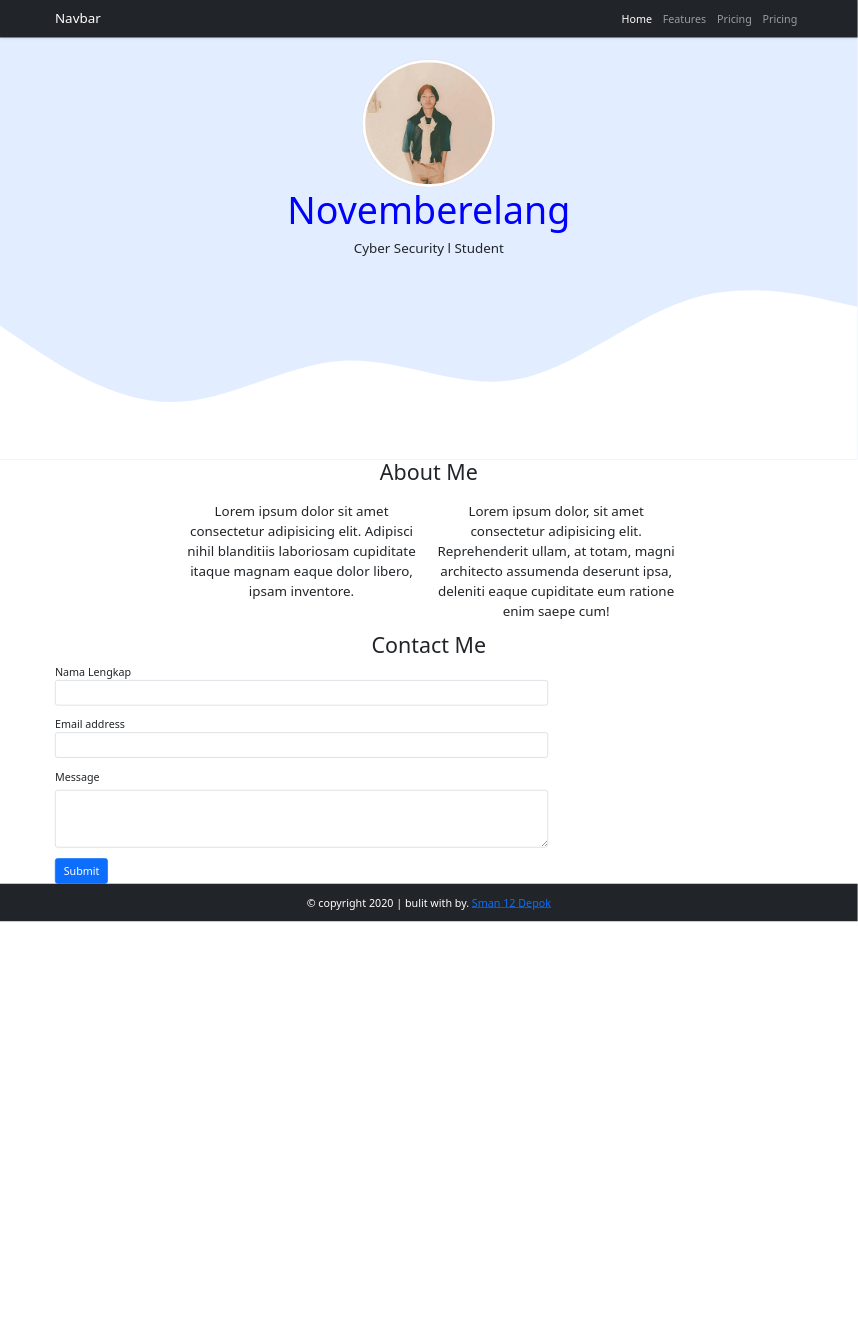
Repository: Novemberdad/gemilangtech.github.io
Page: index.html
The author's editor kept a copy of each file at every save. The page is drawn from the files as they stood at one save, then again after the next save.
The browser window is 1280 px wide. The pictures show the whole page, at 67% of full size.

Above is the page before, as saved 2021-07-21 00:30:22.

### index.html
<!DOCTYPE html>
<html lang="en">

<head>
    <!-- Required meta tags -->
    <meta charset="utf-8" />
    <meta name="viewport" content="width=device-width, initial-scale=1" />

    <!-- Bootstrap CSS -->
    <link href="https://cdn.jsdelivr.net/npm/bootstrap@5.0.2/dist/css/bootstrap.min.css" rel="stylesheet" integrity="sha384-EVSTQN3/azprG1Anm3QDgpJLIm9Nao0Yz1ztcQTwFspd3yD65VohhpuuCOmLASjC" crossorigin="anonymous" />

    <!--My CSS-->
    <link rel="stylesheet" href="style.css" />
    <title>My Portofoliio</title>
    <style>
        h1 {
            text-align: center;
            color: blue;
        }
    </style>
</head>

<body>
    <!--NAVBAR-->
    <nav class="navbar navbar-expand-lg navbar-dark bg-dark shadow-sm">
        <div class="container">
            <a class="navbar-brand" href="#">Navbar</a>
            <button class="navbar-toggler" type="button" data-bs-toggle="collapse" data-bs-target="#navbarNav" aria-controls="navbarNav" aria-expanded="false" aria-label="Toggle navigation">
          <span class="navbar-toggler-icon"></span>
        </button>
            <div class="collapse navbar-collapse" id="navbarNav">
                <ul class="navbar-nav ms-auto">
                    <li class="nav-item">
                        <a class="nav-link active" aria-current="page" href="#">Home</a>
                    </li>
                    <li class="nav-item">
                        <a class="nav-link" href="#">Features</a>
                    </li>
                    <li class="nav-item">
                        <a class="nav-link" href="#">Pricing</a>
                    </li>
                    <li class="nav-item">
                        <a class="nav-link" href="#">Pricing</a>
                    </li>
                </ul>
            </div>
        </div>
    </nav>
    <!--AKHIR NAVBAR-->

    <!--jumbortron-->
    <section class="jumbotron text-center">
        <img src="image/logo.jpg" alt="logo" width="200" class="rounded-circle img-thumbnail" />
        <h1 class="display-4">Novemberelang</h1>
        <p class="lead">Cyber Security l Student</p>
        <svg xmlns="http://www.w3.org/2000/svg" viewBox="0 0 1440 320">
        <path
          fill="#ffffff"
          fill-opacity="1"
          d="M0,96L48,128C96,160,192,224,288,224C384,224,480,160,576,154.7C672,149,768,203,864,186.7C960,171,1056,85,1152,53.3C1248,21,1344,43,1392,53.3L1440,64L1440,320L1392,320C1344,320,1248,320,1152,320C1056,320,960,320,864,320C768,320,672,320,576,320C480,320,384,320,288,320C192,320,96,320,48,320L0,320Z"
        ></path>
      </svg>
    </section>
    <!--akhir jumbotron-->

    <!--about-->
    <section id="about">
        <div class="container">
            <div class="row text-center mb-3">
                <div class="col">
                    <h2>About Me</h2>
                </div>
            </div>
            <div class="row justify-content-center fs-5 text-center">
                <div class="col-4">
                    <p>Lorem ipsum dolor sit amet consectetur adipisicing elit. Adipisci nihil blanditiis laboriosam cupiditate itaque magnam eaque dolor libero, ipsam inventore.</p>
                </div>
                <div class="col-4">
                    <p>Lorem ipsum dolor, sit amet consectetur adipisicing elit. Reprehenderit ullam, at totam, magni architecto assumenda deserunt ipsa, deleniti eaque cupiditate eum ratione enim saepe cum!</p>
                </div>
            </div>
    </section>
    <!--akhir about-->


    <!--kontak-->
    <section id="contact">
        <div class="container">
            <div class="row text-center justify-content-center">
                <div class="col">
                    <h2> Contact Me</h2>
                </div>
            </div>
            <div class="row">
                <div class="col-md-8">
                    <form>
                        <div class="mb-3">
                            <label for="exampleInputEmail1">Nama Lengkap</label>
                            <input type="email" class="form-control" id="exampleInputEmail1" aria-describedby="NamaLengkap">
                        </div>
                        <div class="mb-3">
                            <label for="exampleInputEmail1">Email address</label>
                            <input type="email" class="form-control" id="exampleInputEmail1" aria-describedby="emailHelp">
                        </div>
                        <div class="mb-3">
                            <label for="exampleFormControlTextarea1" class="form-label">Message</label>
                            <textarea class="form-control" id="exampleFormControlTextarea1" rows="3"></textarea>
                        </div>
                        <button type="submit" class="btn btn-primary">Submit</button>
                    </form>
                </div>
            </div>
        </div>


    </section>
    <!--akhir kontak-->

    <!--footer-->
    <footer class="bg-dark text-white ">
        <div class="container ">
            <div class="row pt-3 ">
                <div class="col text-center ">
                    <p>&copy; copyright 2020 | bulit with by. <a href="http://instagram.com/sman12depok.official">Sman 12 Depok</a></p>
                </div>
            </div>
        </div>
    </footer>
    <!--akhir footer-->



    <script src="https://cdn.jsdelivr.net/npm/bootstrap@5.0.2/dist/js/bootstrap.bundle.min.js" integrity="sha384-MrcW6ZMFYlzcLA8Nl+NtUVF0sA7MsXsP1UyJoMp4YLEuNSfAP+JcXn/tWtIaxVXM" crossorigin="anonymous"></script>

    <!-- Option 2: Separate Popper and Bootstrap JS -->
    <!--
    <script src="https://cdn.jsdelivr.net/npm/@popperjs/core@2.9.2/dist/umd/popper.min.js" integrity="sha384-IQsoLXl5PILFhosVNubq5LC7Qb9DXgDA9i+tQ8Zj3iwWAwPtgFTxbJ8NT4GN1R8p" crossorigin="anonymous"></script>
    <script src="https://cdn.jsdelivr.net/npm/bootstrap@5.0.2/dist/js/bootstrap.min.js" integrity="sha384-cVKIPhGWiC2Al4u+LWgxfKTRIcfu0JTxR+EQDz/bgldoEyl4H0zUF0QKbrJ0EcQF" crossorigin="anonymous"></script>
    -->
</body>

</html>

### style.css
body {
    min-height: 2000px;
}

.jumbotron {
    padding-top: 2rem;
    background-color: #e2edff;
}

After the next save:
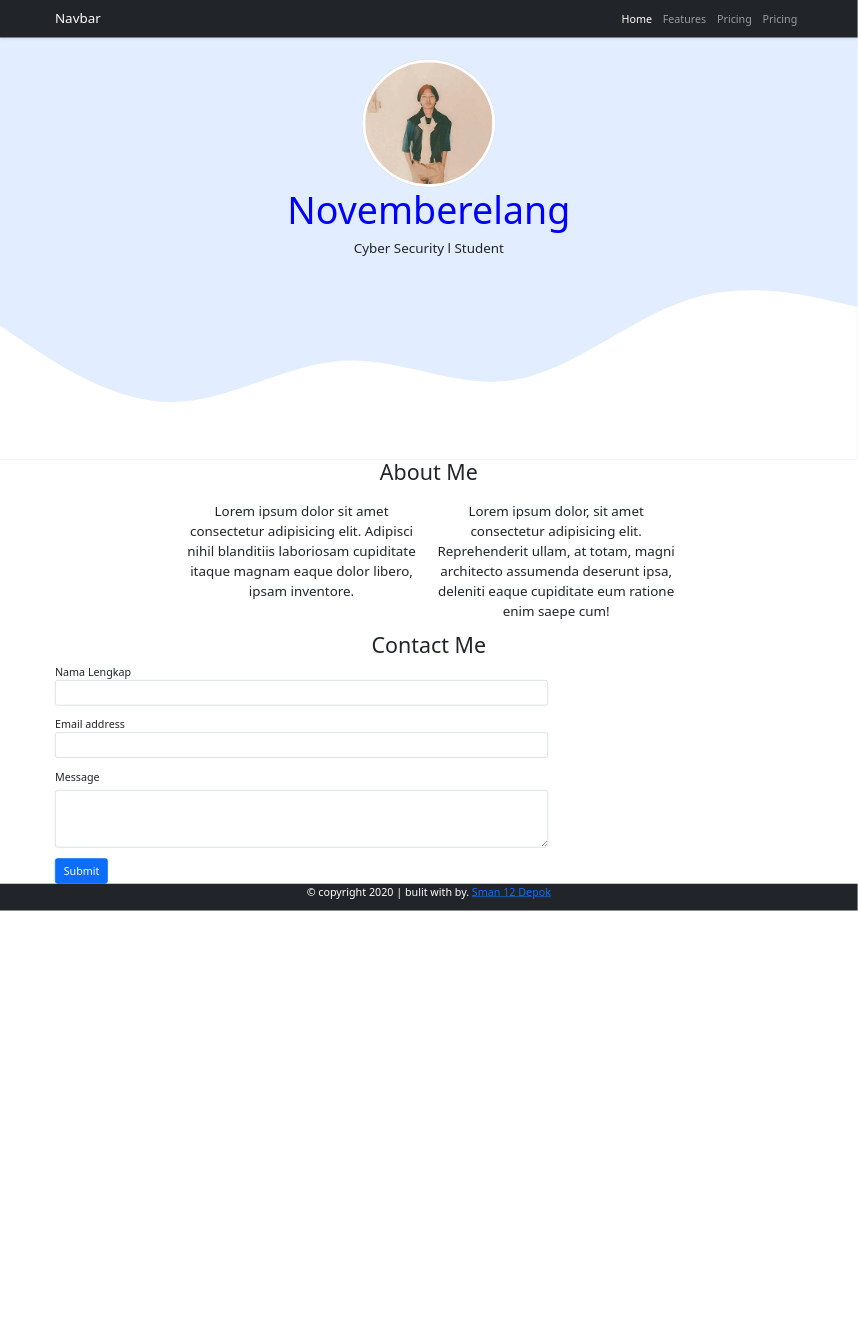
Saved 21 s later.
--- a/index.html
+++ b/index.html
@@ -119,7 +119,7 @@
     <!--footer-->
     <footer class="bg-dark text-white ">
         <div class="container ">
-            <div class="row pt-3 ">
+            <div class="row ">
                 <div class="col text-center ">
                     <p>&copy; copyright 2020 | bulit with by. <a href="http://instagram.com/sman12depok.official">Sman 12 Depok</a></p>
                 </div>

After the save that followed:
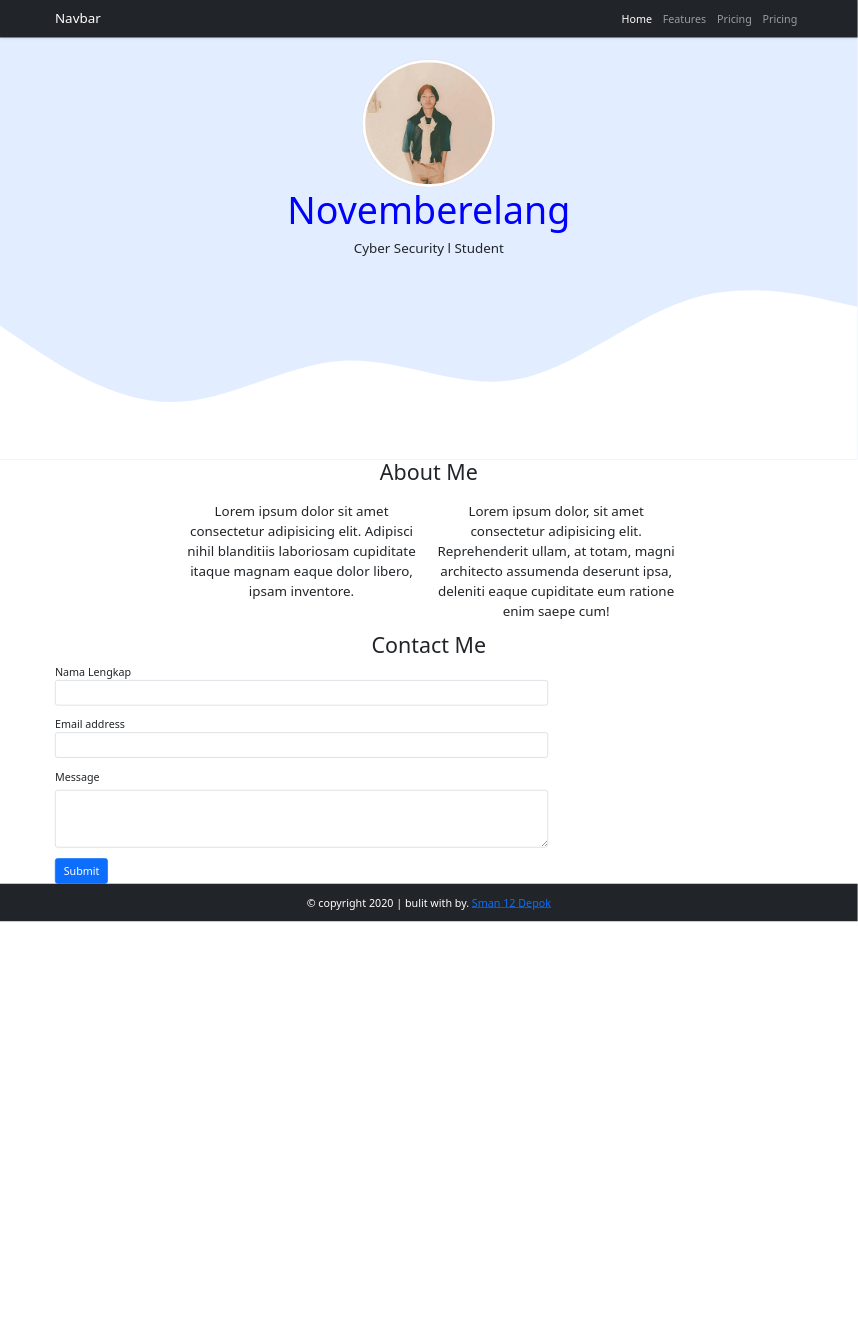
Saved 15 s later.
--- a/index.html
+++ b/index.html
@@ -119,7 +119,7 @@
     <!--footer-->
     <footer class="bg-dark text-white ">
         <div class="container ">
-            <div class="row ">
+            <div class="row pt-3">
                 <div class="col text-center ">
                     <p>&copy; copyright 2020 | bulit with by. <a href="http://instagram.com/sman12depok.official">Sman 12 Depok</a></p>
                 </div>
